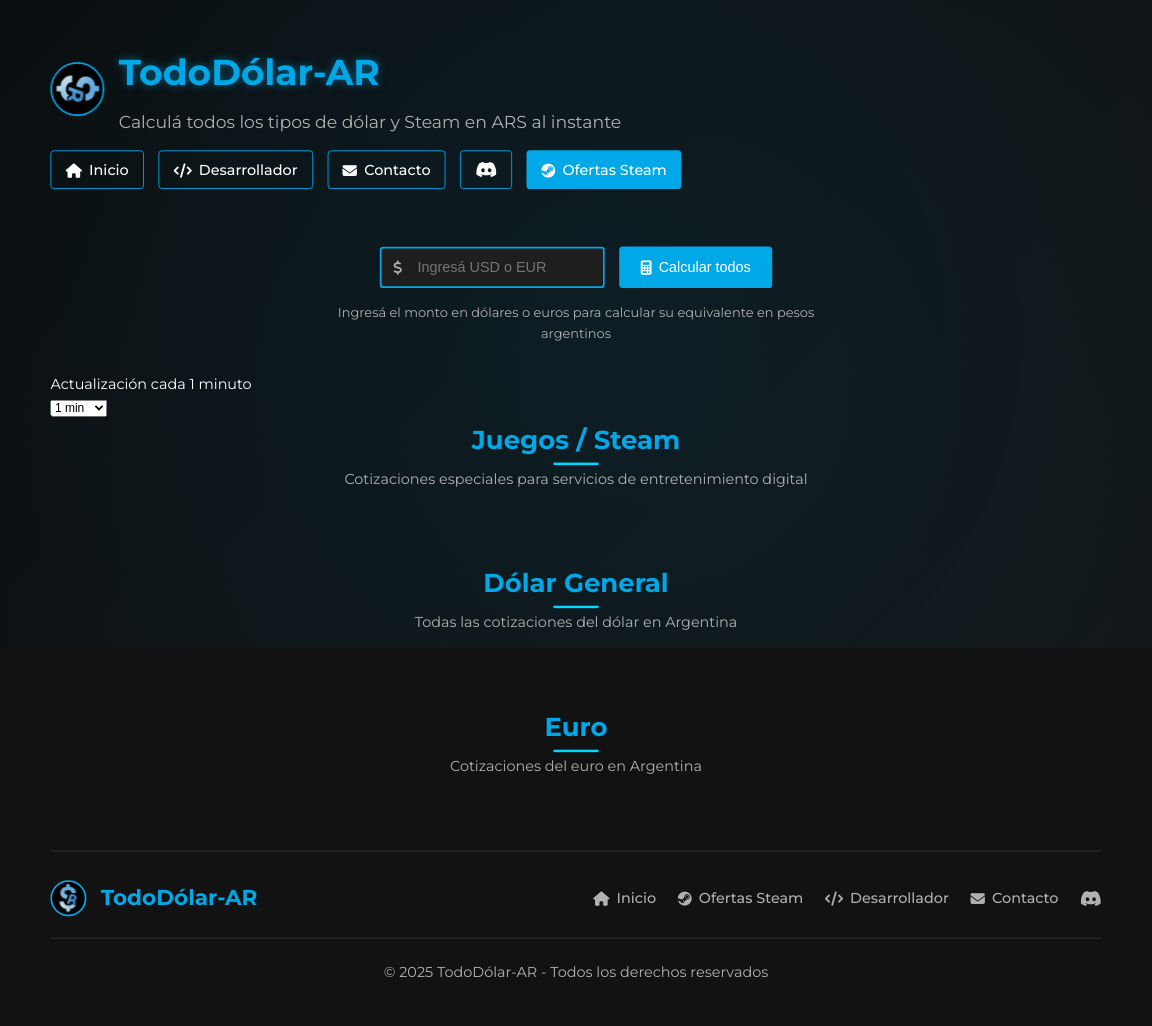
Repository: FabriDevelope/todod-lar-ar
Page: inicio/index.html
An editor plug-in stored every save of this project. The page is shown before and after the next save, followed by the edit.
The browser window is 1280 px wide. The pictures show the whole page, at 90% of full size.
The page's requests for data from a server got no answer.

Above is the page before, as saved 2025-09-06 22:48:10.

### inicio/index.html
<!DOCTYPE html>
<html lang="es">
<head>
    <meta charset="UTF-8">
    <meta name="viewport" content="width=device-width, initial-scale=1.0">
    <title>TodoDólar-AR - Calculá todos los tipos de dólar y Steam en ARS al instante</title>
    <link rel="stylesheet" href="../css/style.css">
    <link rel="icon" type="image/png" href="favicon.png">
    <link href="https://fonts.googleapis.com/css2?family=Montserrat:wght@400;500;700&display=swap" rel="stylesheet">
    <link rel="stylesheet" href="https://cdnjs.cloudflare.com/ajax/libs/font-awesome/6.4.0/css/all.min.css">
</head>
<body>
    <!-- Fondo animado -->
    <div class="animated-bg"></div>

    <div class="container">
        <!-- Header -->
        <header class="header">
            <div class="header-content">
                <div class="header-logo">
                    <img src="../logo/logo.png" alt="TodoDólar-AR Logo" class="logo-img">
                    <div>
                        <h1 class="header-title">TodoDólar-AR</h1>
                        <p class="header-subtitle">Calculá todos los tipos de dólar y Steam en ARS al instante</p>
                    </div>
                </div>
                <div class="header-links">
                    <a href="index.html" class="dev-link">
                        <i class="fas fa-home"></i> Inicio
                    </a>
                    <a href="../desarrollador/index.html" target="_blank" class="dev-link">
                        <i class="fas fa-code"></i> Desarrollador
                    </a>
                    <a href="../contacto/index.html" class="dev-link">
                        <i class="fas fa-envelope"></i> Contacto
                    </a>
                    <a href="../discord-invite/index.html" target="_blank" class="dev-link discord-link">
                        <i class="fab fa-discord"></i>
                    </a>
                    <a href="../ofertas-steam/index.html" target="_blank" class="steam-btn">
                        <i class="fab fa-steam"></i> Ofertas Steam
                    </a>
                </div>
            </div>
        </header>

        <!-- Input de cálculo -->
        <section class="calculation-section">
            <div class="input-container">
                <div class="input-group">
                    <i class="fas fa-dollar-sign input-icon"></i>
                    <input type="number" id="currency-input" placeholder="Ingresá USD o EUR" step="0.01" min="0">
                </div>
                <button id="calculate-all-btn" class="calculate-btn">
                    <i class="fas fa-calculator"></i> Calcular todos
                </button>
            </div>
            <p class="input-description">Ingresá el monto en dólares o euros para calcular su equivalente en pesos argentinos</p>
        </section>

        <!-- Agregá esto en tu HTML, donde quieras mostrar la barra y el intervalo -->
        <div class="update-container">
            <div id="update-text">Actualización cada 1 minuto</div>
            <div id="update-bar-container">
                <div id="update-bar"></div>
            </div>
            <select id="update-interval-select">
                <option value="60000">1 min</option>
                <option value="300000">5 min</option>
                <option value="900000">15 min</option>
                <option value="3600000">1 hora</option>
            </select>
        </div>



        <!-- Tarjetas de Juegos/Steam -->
        <section class="card-section">
            <div class="section-header">
                <h2 class="section-title">Juegos / Steam</h2>
                <p class="section-description">Cotizaciones especiales para servicios de entretenimiento digital</p>
            </div>
            <div class="cards-grid" id="steam-cards">
                <!-- Las tarjetas se generarán con JavaScript -->
            </div>
        </section>

        <!-- Tarjetas de Dólar General -->
        <section class="card-section">
            <div class="section-header">
                <h2 class="section-title">Dólar General</h2>
                <p class="section-description">Todas las cotizaciones del dólar en Argentina</p>
            </div>
            <div class="cards-grid" id="general-cards">
                <!-- Las tarjetas se generarán con JavaScript -->
            </div>
        </section>

        <!-- Tarjetas de Euro -->
        <section class="card-section">
            <div class="section-header">
                <h2 class="section-title">Euro</h2>
                <p class="section-description">Cotizaciones del euro en Argentina</p>
            </div>
            <div class="cards-grid" id="euro-cards">
                <!-- Las tarjetas se generarán con JavaScript -->
            </div>
        </section>

        <!-- Footer -->
        <footer class="footer">
            <div class="footer-content">
                <div class="footer-logo">
                    <img src="../logo/logo.png" alt="TodoDólar-AR Logo" class="footer-logo-img">
                    <span class="footer-title">TodoDólar-AR</span>
                </div>
                <div class="footer-links">
                    <a href="index.html" class="footer-link">
                        <i class="fas fa-home"></i> Inicio
                    </a>
                    <a href="../ofertas-steam/index.html" target="_blank" class="footer-link">
                        <i class="fab fa-steam"></i> Ofertas Steam
                    </a>
                    <a href="../desarrollador/index.html" target="_blank" class="footer-link">
                        <i class="fas fa-code"></i> Desarrollador
                    </a>
                    <a href="../contacto/index.html" class="footer-link">
                        <i class="fas fa-envelope"></i> Contacto
                    </a>
                    <a href="../discord-invite/index.html" target="_blank" class="footer-link discord-link">
                        <i class="fab fa-discord"></i>
                    </a>
                </div>
            </div>
            <div class="footer-bottom">
                <p>&copy; 2025 TodoDólar-AR - Todos los derechos reservados</p>
            </div>
        </footer>
    </div>

    <!-- Modal para cálculo específico -->
    <div id="calc-modal" class="modal">
        <div class="modal-content">
            <div class="modal-header">
                <h3 class="modal-title" id="modal-title">Calculadora de Moneda</h3>
                <button class="modal-close-btn" id="modal-close-btn">
                    <i class="fas fa-times"></i>
                </button>
            </div>
            <div class="modal-body">
                <div class="calc-section">
                    <h4>ARS a <span id="currency-name">Moneda</span></h4>
                    <div class="calc-input-group">
                        <input type="number" id="ars-input" placeholder="Ingresá ARS" step="0.01" min="0">
                        <button class="calc-btn" id="ars-to-currency-btn">Calcular</button>
                    </div>
                    <div class="calc-result" id="ars-to-currency-result">
                        <span class="result-label">Resultado:</span>
                        <span class="result-value">0.00</span>
                    </div>
                </div>
                <div class="calc-section">
                    <h4><span id="currency-name-2">Moneda</span> a ARS</h4>
                    <div class="calc-input-group">
                        <input type="number" id="currency-input-modal" placeholder="Ingresá monto" step="0.01" min="0">
                        <button class="calc-btn" id="currency-to-ars-btn">Calcular</button>
                    </div>
                    <div class="calc-result" id="currency-to-ars-result">
                        <span class="result-label">Resultado:</span>
                        <span class="result-value">$0.00</span>
                    </div>
                </div>
            </div>
            <div class="modal-footer">
                <button class="modal-close-footer-btn" id="modal-close-footer-btn">Cerrar</button>
            </div>
        </div>
    </div>

    <script src="../js/script.js"></script>
</body>
</html>

Loaded but not shown: js/script.js (212 lines, source omitted); css/style.css (829 lines, source omitted)

After the next save:
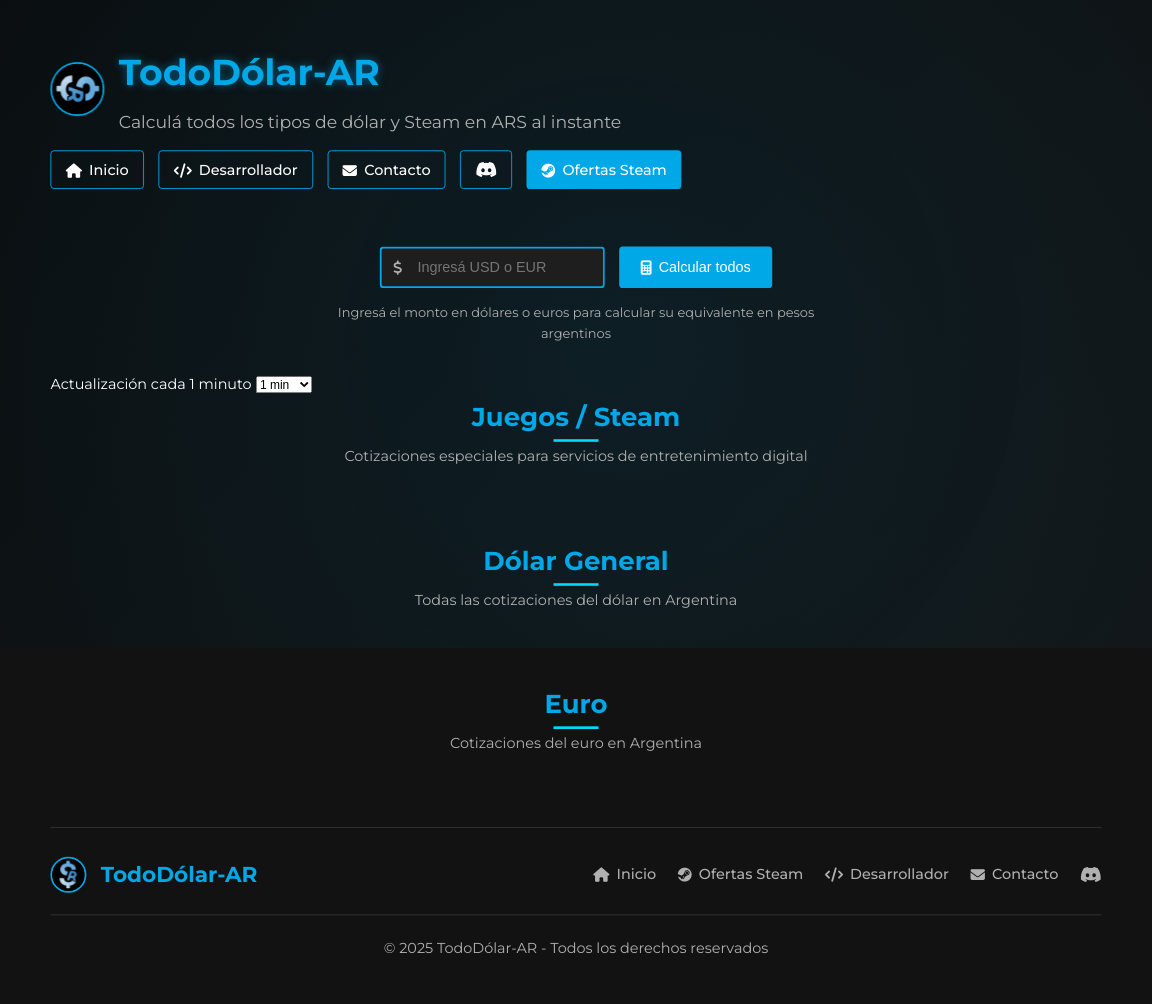
Saved 9 s later.
--- a/inicio/index.html
+++ b/inicio/index.html
@@ -58,19 +58,19 @@
             <p class="input-description">Ingresá el monto en dólares o euros para calcular su equivalente en pesos argentinos</p>
         </section>
 
-        <!-- Agregá esto en tu HTML, donde quieras mostrar la barra y el intervalo -->
-        <div class="update-container">
-            <div id="update-text">Actualización cada 1 minuto</div>
+            <div id="update-container">
+                <span id="update-text">Actualización cada 1 minuto</span>
+                <select id="update-interval-select">
+                    <option value="60000">1 min</option>
+                    <option value="300000">5 min</option>
+                    <option value="900000">15 min</option>
+                    <option value="3600000">1 hora</option>
+                </select>
+            </div>
             <div id="update-bar-container">
                 <div id="update-bar"></div>
             </div>
-            <select id="update-interval-select">
-                <option value="60000">1 min</option>
-                <option value="300000">5 min</option>
-                <option value="900000">15 min</option>
-                <option value="3600000">1 hora</option>
-            </select>
-        </div>
+
 
 
 
